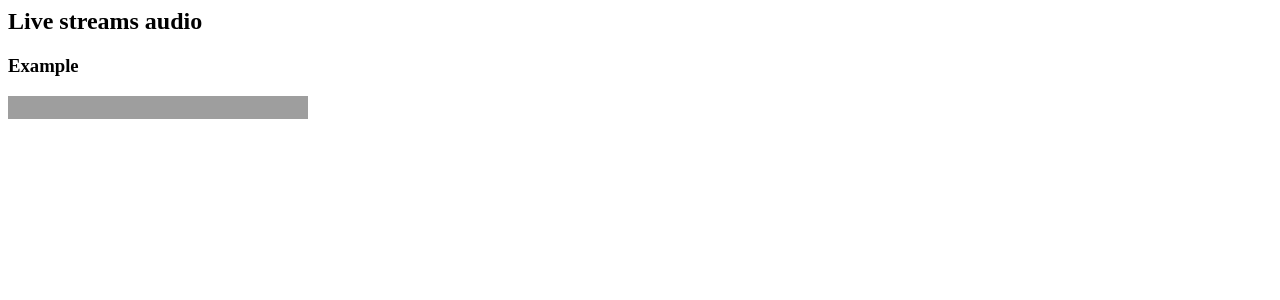
Repository: iGitScor/oneid
Page: web/app/views/full/radio.html
The author's editor kept a record of every edit. The page is drawn from the files as they stood at one moment, then again after the next edit.
The browser window is 1280 px wide. The pictures show the whole page.
Pictures or frames that could not be fetched are drawn as grey boxes.

Above is the page before.

### web/app/views/full/radio.html
<h2>Live streams audio</h2>
<div>
    <h3>Example</h3>
    <iframe
        height="23"
        src="https://www.youtube.com/embed/GMzBa5Lbnic"
        frameborder="0">
    </iframe>
</div>

After the next edit:
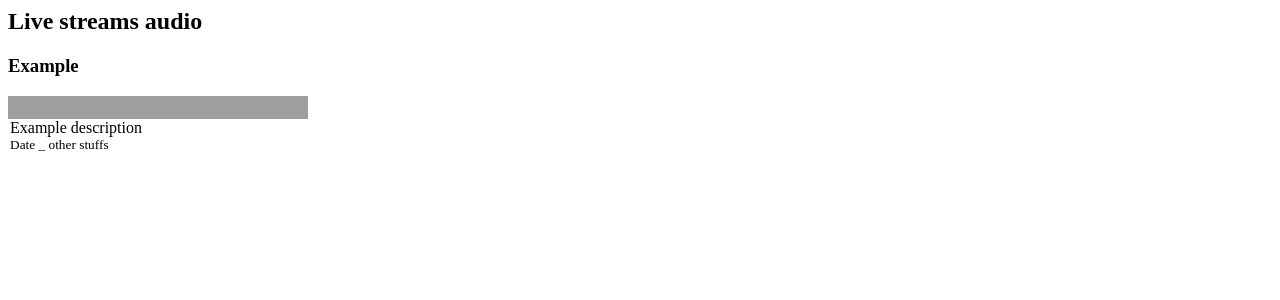
The edit:
--- a/web/app/views/full/radio.html
+++ b/web/app/views/full/radio.html
@@ -6,4 +6,8 @@
         src="https://www.youtube.com/embed/GMzBa5Lbnic"
         frameborder="0">
     </iframe>
+    <legend>
+        Example description<br />
+        <small>Date _ other stuffs</small>
+    </legend>
 </div>
